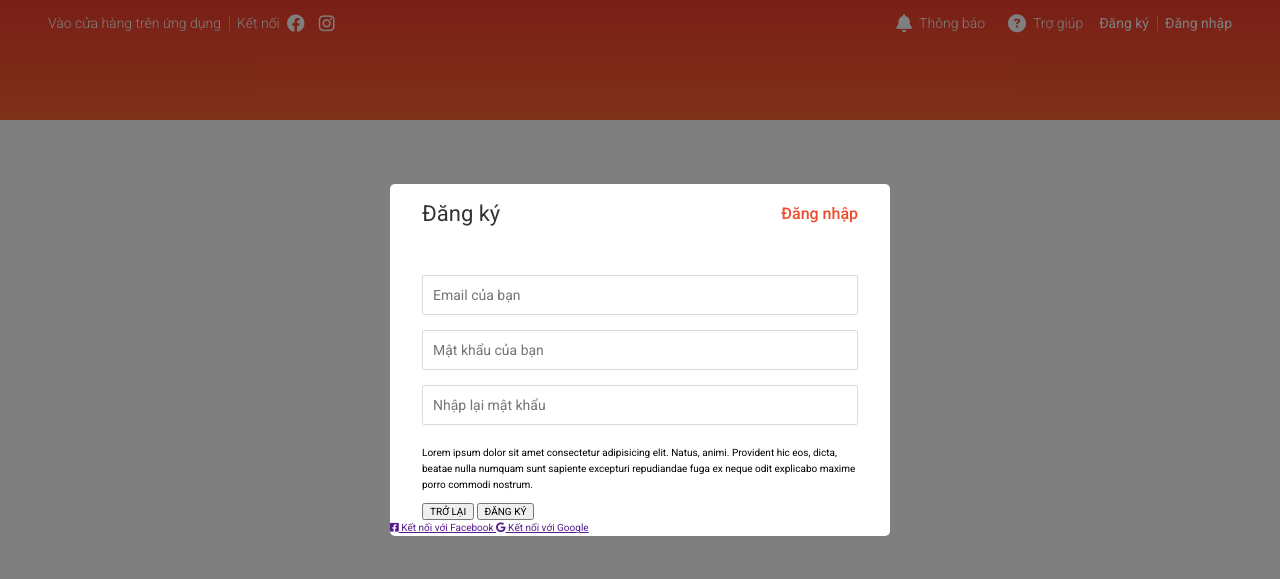
Repository: dptuyen1/F8-Tutorial
Page: index.html
The author's editor kept a copy of each file at every save. The page is drawn from the files as they stood at one save, then again after the next save.
The browser window is 1280 px wide. The pictures show the whole page.

Above is the page before, as saved 2023-05-08 17:07:54.

### index.html
<!DOCTYPE html>
<html lang="en">
  <head>
    <meta charset="UTF-8" />
    <meta http-equiv="X-UA-Compatible" content="IE=edge" />
    <meta name="viewport" content="width=device-width, initial-scale=1.0" />
    <title>Document</title>
    <link
      rel="stylesheet"
      href="https://cdnjs.cloudflare.com/ajax/libs/normalize/8.0.1/normalize.min.css"
      integrity="sha512-NhSC1YmyruXifcj/KFRWoC561YpHpc5Jtzgvbuzx5VozKpWvQ+4nXhPdFgmx8xqexRcpAglTj9sIBWINXa8x5w=="
      crossorigin="anonymous"
      referrerpolicy="no-referrer"
    />
    <link rel="stylesheet" href="assets/css/base.css" />
    <link rel="stylesheet" href="assets/css/main.css" />
    <link
      rel="stylesheet"
      href="assets/fonts/fontawesome-free-6.4.0-web/css/all.min.css"
    />
    <link rel="preconnect" href="https://fonts.googleapis.com" />
    <link rel="preconnect" href="https://fonts.gstatic.com" crossorigin />
    <link
      href="https://fonts.googleapis.com/css2?family=Roboto:wght@300;400;500;700&display=swap"
      rel="stylesheet"
    />
  </head>

  <body>
    <div class="app">
      <header class="header">
        <div class="grid">
          <nav class="header__navbar">
            <ul class="header__navbar-list">
              <li
                class="header__navbar-item header__navbar-item-has-qr header__navbar-item-separate"
              >
                Vào cửa hàng trên ứng dụng
                <div class="header__qr">
                  <img
                    src="assets/img/qr_code.png"
                    alt="QR Cođe"
                    class="header__qr-img"
                  />
                  <div class="header__qr-apps">
                    <a href="" class="header__qr-link">
                      <img
                        src="assets/img/google_play.png"
                        alt="Google Play"
                        class="header__qr-download-img"
                      />
                    </a>
                    <a href="" class="header__qr-link">
                      <img
                        src="assets/img/app_store.png"
                        alt="App Store"
                        class="header__qr-download-img"
                      />
                    </a>
                  </div>
                </div>
              </li>
              <li class="header__navbar-item">
                <span class="header__navbar-title-no-pointer">Kết nối</span>
                <a href="" class="header__navbar-icon-link">
                  <i class="header__navbar-icon fa-brands fa-facebook"></i>
                </a>
                <a href="" class="header__navbar-icon-link">
                  <i class="header__navbar-icon fa-brands fa-instagram"></i>
                </a>
              </li>
            </ul>
            <ul class="header__navbar-list">
              <li class="header__navbar-item header__navbar-item--has-notify">
                <a href="" class="header__navbar-item-link">
                  <a href="" class="header__navbar-icon-link">
                    <i class="header__navbar-icon fa-solid fa-bell"></i> </a
                  >Thông báo
                </a>
                <div class="header__notify">
                  <header class="header__notify-header">
                    <h3>Thông báo mới nhận</h3>
                  </header>
                  <ul class="header__notify-list">
                    <li class="header__notify-item">
                      <a href="" class="header_notify-link">
                        <img
                          src="assets/img/comestic.jpg"
                          alt=""
                          class="header__notify-img"
                        />
                        <div class="header__notify-info">
                          <span class="header_notify-name"
                            >Mỹ phẩm Ohui chính hãng</span
                          >
                          <span class="header__notify-description"
                            >Mô tả mỹ tả Ohui chính hãng</span
                          >
                        </div>
                      </a>
                    </li>
                    <li class="header__notify-item header__notify-item--read">
                      <a href="" class="header_notify-link">
                        <img
                          src="assets/img/comestic.jpg"
                          alt=""
                          class="header__notify-img"
                        />
                        <div class="header__notify-info">
                          <span class="header_notify-name"
                            >Mỹ phẩm Ohui chính hãng</span
                          >
                          <span class="header__notify-description"
                            >Mô tả mỹ tả Ohui chính hãng</span
                          >
                        </div>
                      </a>
                    </li>
                    <li class="header__notify-item">
                      <a href="" class="header_notify-link">
                        <img
                          src="assets/img/comestic.jpg"
                          alt=""
                          class="header__notify-img"
                        />
                        <div class="header__notify-info">
                          <span class="header_notify-name"
                            >Mỹ phẩm Ohui chính hãng</span
                          >
                          <span class="header__notify-description"
                            >Mô tả mỹ tả Ohui chính hãng</span
                          >
                        </div>
                      </a>
                    </li>
                  </ul>
                  <footer class="header__notify-footer">
                    <a href="" class="header__notify-footer-btn">Xem tất cả</a>
                  </footer>
                </div>
              </li>
              <li class="header__navbar-item">
                <a href="" class="header__navbar-item-link">
                  <a href="" class="header__navbar-icon-link">
                    <i
                      class="header__navbar-icon fa-solid fa-circle-question"
                    ></i></a
                  >Trợ giúp
                </a>
              </li>
              <li
                class="header__navbar-item header__navbar-item-bold header__navbar-item-separate"
              >
                Đăng ký
              </li>
              <li class="header__navbar-item header__navbar-item-bold">
                Đăng nhập
              </li>
            </ul>
          </nav>
        </div>
      </header>

      <div class="container"></div>

      <footer class="footer"></footer>
    </div>

    <!-- Modal layout -->
    <div class="modal">
      <div class="modal__overlay"></div>
      <div class="modal__body">
        <div class="modal__inner"></div>

        <!-- Authenticated Form -->
        <form class="auth-form">
          <div class="auth-form__container">
            <div class="auth-form__header">
              <h3 class="auth_form__heading">Đăng ký</h3>
              <span class="auth_form__switch-btn">Đăng nhập</span>
            </div>
            <div class="auth-form__form">
              <div class="auth-form__group">
                <input
                  type="text"
                  class="auth-form__input"
                  placeholder="Email của bạn"
                />
              </div>
              <div class="auth-form__group">
                <input
                  type="password"
                  class="auth-form__input"
                  placeholder="Mật khẩu của bạn"
                />
              </div>
              <div class="auth-form__group">
                <input
                  type="password"
                  class="auth-form__input"
                  placeholder="Nhập lại mật khẩu"
                />
              </div>
            </div>
            <div class="auth-form__aside">
              <p>
                Lorem ipsum dolor sit amet consectetur adipisicing elit. Natus,
                animi. Provident hic eos, dicta, beatae nulla numquam sunt
                sapiente excepturi repudiandae fuga ex neque odit explicabo
                maxime porro commodi nostrum.
              </p>
            </div>
            <div class="auth-form_controls">
              <button class="btn">TRỞ LẠI</button>
              <button class="btn btn--primary">ĐĂNG KÝ</button>
            </div>
          </div>

          <div class="auth-form_socials">
            <a href="" class="btn btn--with-icon">
              <i class="fa-brands fa-square-facebook"></i>
              Kết nối với Facebook
            </a>
            <a href="" class="btn btn--with-icon">
              <i class="fa-brands fa-google"></i>
              Kết nối với Google
            </a>
          </div>
        </form>
      </div>
    </div>
  </body>
</html>

### assets/css/base.css
:root {
  --primary-color: #ee4d2d;
  --white-color: #fff;
  --black-color: #000;
  --text-color: #333;
  --border-color: #dbdbdb;
}

* {
  box-sizing: inherit;
}

html {
  font-size: 62.5%;
  line-height: 1.6rem;
  font-family: "Roboto", sans-serif;
  box-sizing: border-box;
}

.grid {
  width: 1200px;
  max-width: 100%;
  /* căn giữa */
  margin: 0 auto;
}

.grid__full-width {
  width: 100%;
}

.grid__row {
  display: flex;
  flex-wrap: wrap;
}

/* Modal */
.modal {
  position: fixed;
  top: 0;
  right: 0;
  bottom: 0;
  left: 0;
  display: flex;
}

.modal__overlay {
  position: absolute;
  width: 100%;
  height: 100%;
  background-color: rgba(0, 0, 0, 0.5);
}

.modal__body {
  background-color: var(--white-color);
  margin: auto;
  position: relative;
  z-index: 1;
  border-radius: 5px;
}

.modal__inner {
}

/* Animation */
@keyframes fadeIn {
  from {
    opacity: 0;
  }

  to {
    opacity: 1;
  }
}

@keyframes notifyGrowth {
  from {
    opacity: 0;
    transform: scale(0);
  }

  to {
    opacity: 1;
    transform: scale(1);
  }
}

### assets/css/main.css
.header {
  height: 120px;
  background-image: linear-gradient(0, #fe6433, #f53e2d);
}

.header__navbar {
  display: flex;
  justify-content: space-between;
}

.header__navbar-list {
  list-style: none;
  padding-left: 0;
}

.header__navbar-item {
  margin: 0 8px;
  position: relative;
  min-height: 26px;
}

.header__navbar-item-has-qr:hover .header__qr {
  display: block;
}

.header__navbar-item,
.header__navbar-item-link {
  display: inline-block;
  font-size: 1.4rem;
  color: var(--white-color);
  text-decoration: none;
  font-weight: 300;
}

.header__navbar-list,
.header__navbar-item,
.header__navbar-item-link,
.header__navbar-icon-link {
  display: inline-flex;
  align-items: center;
}

.header__navbar-item:hover,
.header__navbar-item-link:hover,
.header__navbar-icon-link:hover {
  color: rgba(255, 255, 255, 0.5);
  cursor: pointer;
}

.header__navbar-item--has-notify:hover .header__notify {
  display: block;
}

.header__navbar-item-bold {
  font-weight: 400;
}

.header__navbar-item-separate::after {
  content: "";
  display: block;
  position: absolute;
  border-left: 1px solid #fb9086;
  height: 16px;
  right: -9px;
  top: 50%;
  transform: translateY(-50%);
}

.header__navbar-icon-link {
  color: var(--white-color);
  text-decoration: none;
}

.header__navbar-icon {
  font-size: 1.8rem;
  margin: 0 7px;
}

.header__navbar-title-no-pointer {
  cursor: text;
  color: var(--white-color);
}

/* Header QR Code  */
.header__qr {
  width: 185px;
  background-color: var(--white-color);
  position: absolute;
  left: 0;
  /* cao bằng thẻ chứa nó */
  top: 150%;
  padding: 8px;
  border-radius: 2px;
  display: none;
  animation: fadeIn ease-in 0.5s;
}

.header__qr::before {
  content: "";
  display: block;
  position: absolute;
  width: 100%;
  height: 20px;
  left: 0;
  top: -20px;
}

.header__qr-img {
  width: 100%;
}

.header__qr-apps {
  display: flex;
  justify-content: space-between;
}

.header__qr-link:first-child {
  margin-left: 11px;
}

.header__qr-link:last-child {
  margin-right: 11px;
}

.header__qr-download-img {
  height: 15px;
}

/* Header notification */

.header__notify {
  position: absolute;
  top: 150%;
  right: 0;
  width: 405px;
  background-color: var(--white-color);
  border: 1px solid #d3d3d3;
  border-radius: 2px;
  cursor: default;
  transform-origin: top right;
  display: none;
  animation: notifyGrowth ease-in 0.5s;
}

.header__notify::before {
  content: "";
  border-width: 20px 30px;
  border-style: solid;
  border-color: transparent transparent var(--white-color) transparent;
  position: absolute;
  right: 0;
  top: -30px;
}

.header__notify::after {
  content: "";
  display: block;
  position: absolute;
  right: 0;
  top: -20px;
  width: 100%;
  height: 20px;
}

.header__notify-header {
  height: 40px;
  background-color: var(--white-color);
}

.header__notify-header h3 {
  color: #999;
  margin: 0 0 0 12px;
  font-weight: 400;
  font-size: 1.4rem;
  line-height: 40px;
}

.header__notify-list {
  padding-left: 0;
}

.header__notify-item {
  display: flex;
}

.header__notify-item:hover {
  background-color: #f7f7f7;
}

.header__notify-item--read {
  background-color: rgba(238, 77, 45, 0.2);
}

.header_notify-link {
  width: 100%;
  display: flex;
  padding: 12px;
  text-decoration: none;
}

.header__notify-img {
  width: 50px;
  object-fit: contain;
}

.header__notify-info {
  margin-left: 12px;
}

.header_notify-name {
  display: block;
  font-size: 1.4rem;
  color: var(--black-color);
  font-weight: 400;
}

.header__notify-description {
  display: block;
  font-size: 1.2rem;
  line-height: 2rem;
  color: #756f6e;
  margin-top: 10px;
}

.header__notify-footer {
  display: flex;
}

.header__notify-footer-btn {
  text-decoration: none;
  color: var(--text-color);
  margin: 0 auto;
  padding: 10px;
  font-size: 1.4rem;
  font-weight: 400;
}

/* Authenticated modal */
.auth-form {
  width: 500px;
}

.auth-form__container {
  padding: 0 32px;
}

.auth-form__header {
  display: flex;
  align-items: center;
  justify-content: space-between;
}

.auth_form__heading {
  font-size: 2.2rem;
  font-weight: 400;
  color: var(--text-color);
}

.auth_form__switch-btn {
  font-size: 1.6rem;
  color: var(--primary-color);
  font-weight: 500;
  cursor: pointer;
}

.auth-form__form {
  margin-top: 16px;
}

.auth-form__group {
}

.auth-form__input {
  width: 100%;
  height: 40px;
  margin-top: 15px;
  padding: 0 10px;
  font-size: 1.4rem;
  border: 1px solid var(--border-color);
  border-radius: 2px;
  outline: none;
}

.auth-form__input:focus {
  border-color: #777;
}

.auth-form__aside {
  margin-top: 20px;
}

.auth-form__aside span {
  font-size: 1.2rem;
  line-height: 1.8rem;
  text-align: center;
}

.auth-form_controls {
}

.btn {
}

.btn--primary {
}

.auth-form_socials {
}

.btn--with-icon {
}

.fa-brands {
}

.fa-square-facebook {
}

.fa-google {
}

Loaded but not shown: assets/fonts/fontawesome-free-6.4.0-web/css/all.min.css (library)

After the next save:
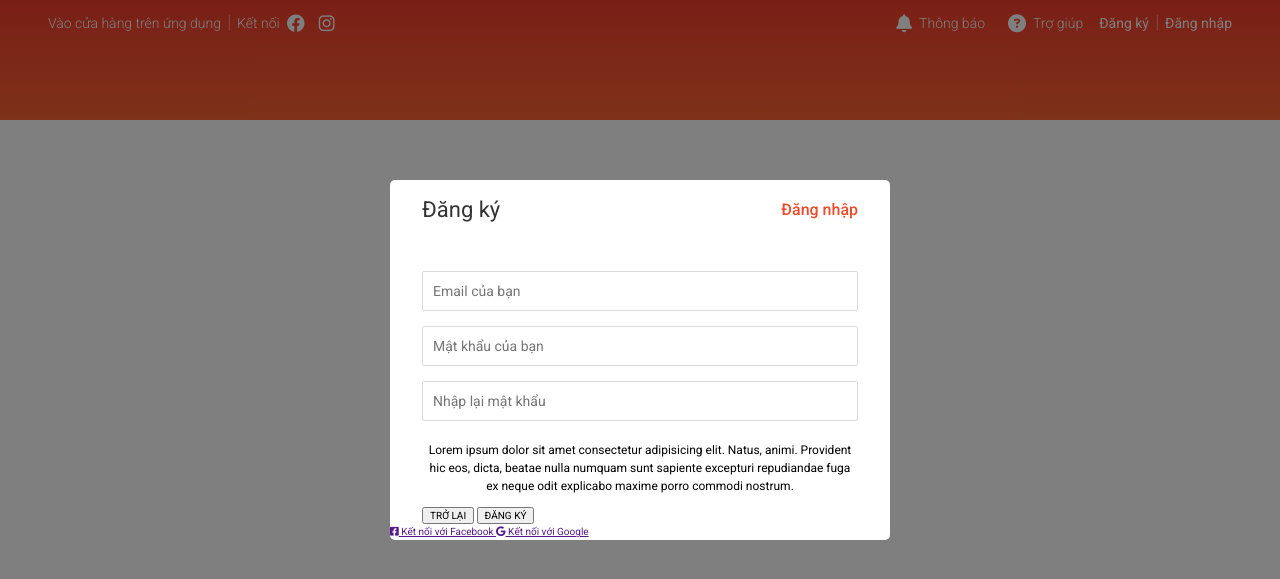
Saved 7 s later.
--- a/assets/css/main.css
+++ b/assets/css/main.css
@@ -289,7 +289,7 @@
   margin-top: 20px;
 }
 
-.auth-form__aside span {
+.auth-form__aside p {
   font-size: 1.2rem;
   line-height: 1.8rem;
   text-align: center;
